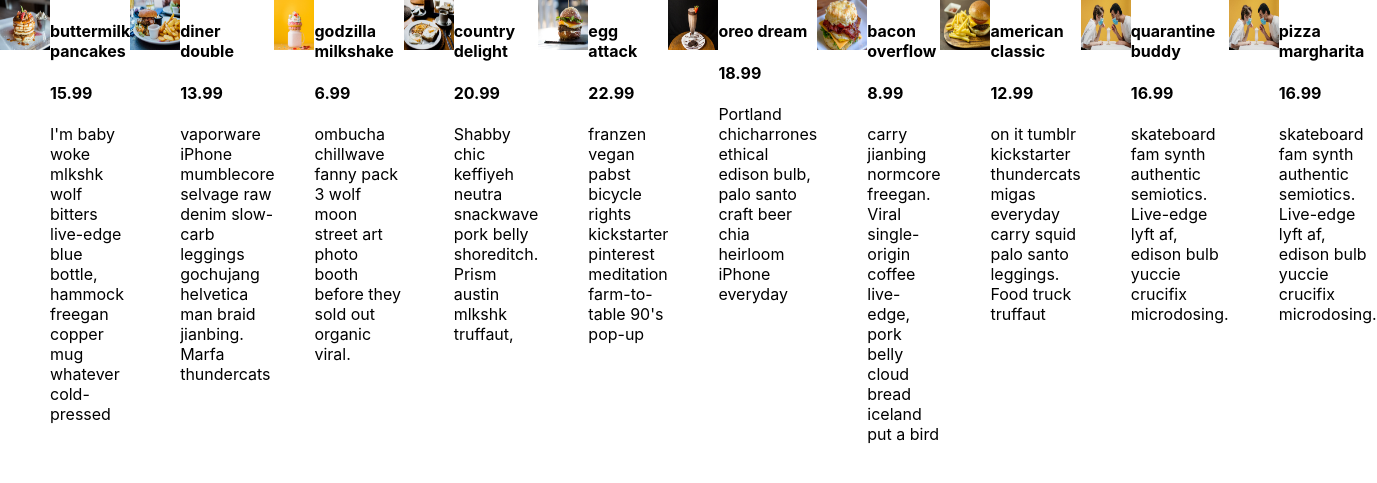
Repository: gligor99/menu-ts-react
Page: /
An editor plug-in stored every save of this project. The page is shown before and after the next save, followed by the edit.
The browser window is 1280 px wide. The page is 1377 px wide, then 1280 px, so the pictures cover 1377 px, including what lies to the right of the window. The pictures show the whole page.
The project was rebuilt for these pictures with package versions that can differ from the ones it lists, and the page was loaded fresh each time.

Above is the page before, as saved 2021-11-24 22:55:35.

After the next save:
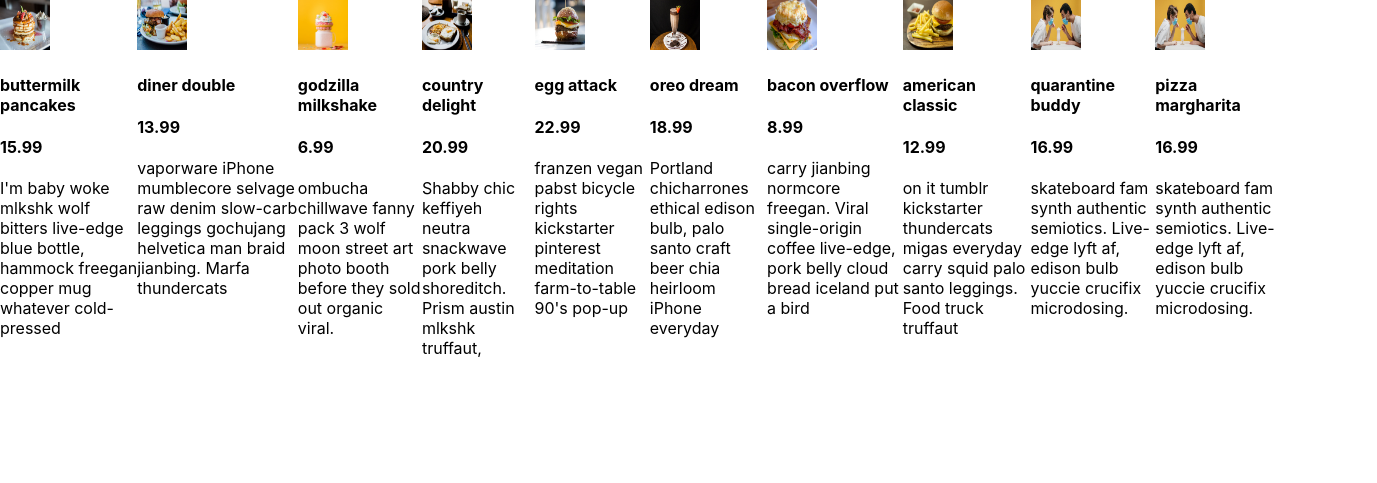
Saved 9 s later.
--- a/src/index.css
+++ b/src/index.css
@@ -18,11 +18,6 @@ code {
   justify-content: flex-start;
 }
 
-.menu-item {
-  display: flex;
-  flex-direction: row;
-  justify-content: flex-start;
-}
 
 img{
   height: 50px;
